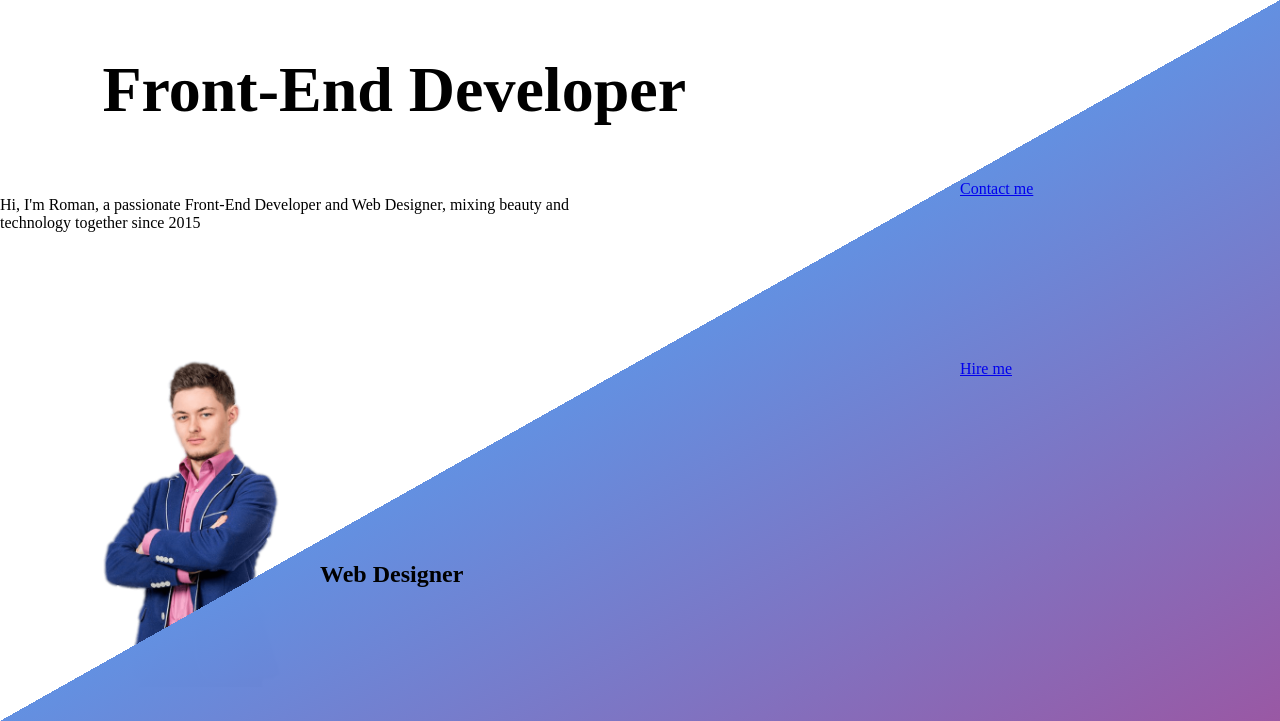
Repository: RShalman/rshalman.github.io
Page: index.html
The author's editor kept a copy of each file at every save. The page is drawn from the files as they stood at one save, then again after the next save.
The browser window is 1280 px wide. The pictures show the whole page.

Above is the page before, as saved 2018-10-18 18:00:10.

After the next save:
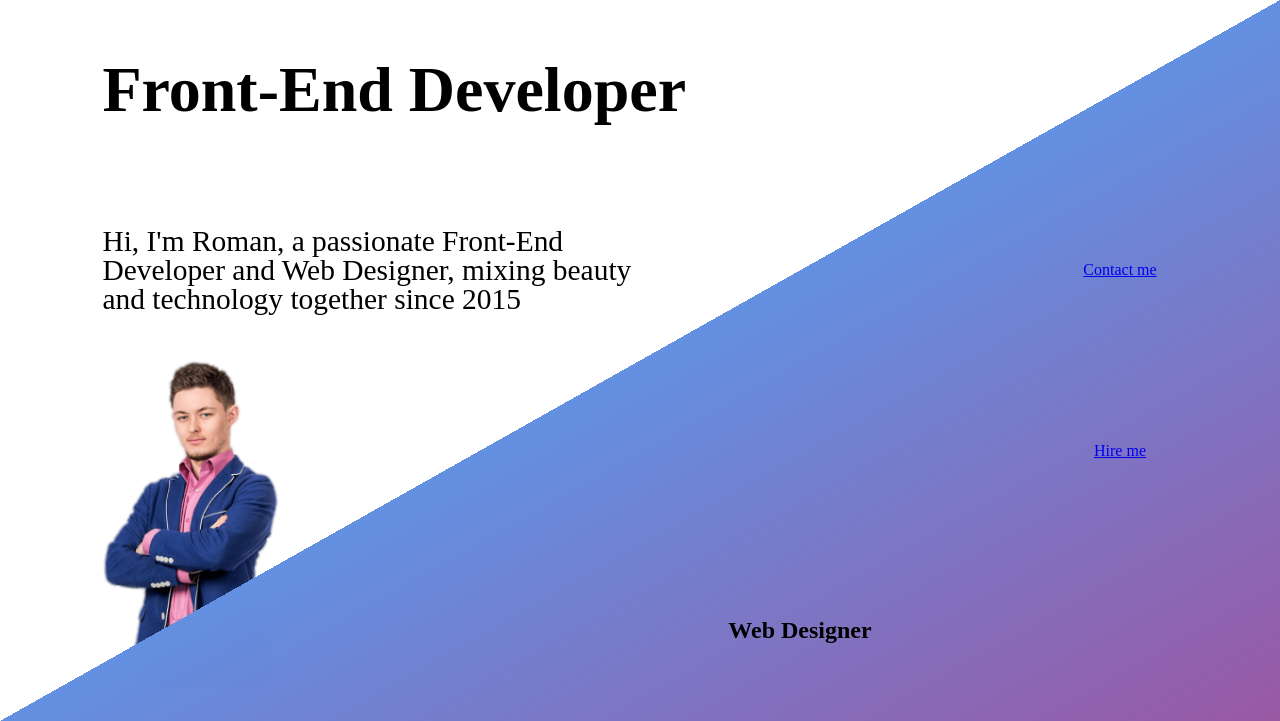
Saved 6 min 46 s later.
--- a/css/main.css
+++ b/css/main.css
@@ -20,6 +20,8 @@ section {
 #intro {
     background: linear-gradient(to right bottom,transparent 50%, rgba(99,144,225,1) 0%,rgba(148,79,159,.95)), url("../img/shalman-photo.png") 8vw 50vh/25vh no-repeat;
     display: grid;
+    align-items: center;
+    justify-items: center;
     grid-template-columns: repeat(4, 1fr);
     grid-template-rows: repeat(4, 1fr);
     grid-template-areas:
@@ -31,12 +33,16 @@ section {
 
 #title {
     grid-area: title;
+    justify-self: stretch;
     font-size: 5vw;
     margin-left: 8vw;
 }
 
 #description {
     grid-area: description;
+    font-size: 2.3vw;
+    line-height: 4vh;
+    margin-left: 8vw;
 }
 
 #second-prof {
